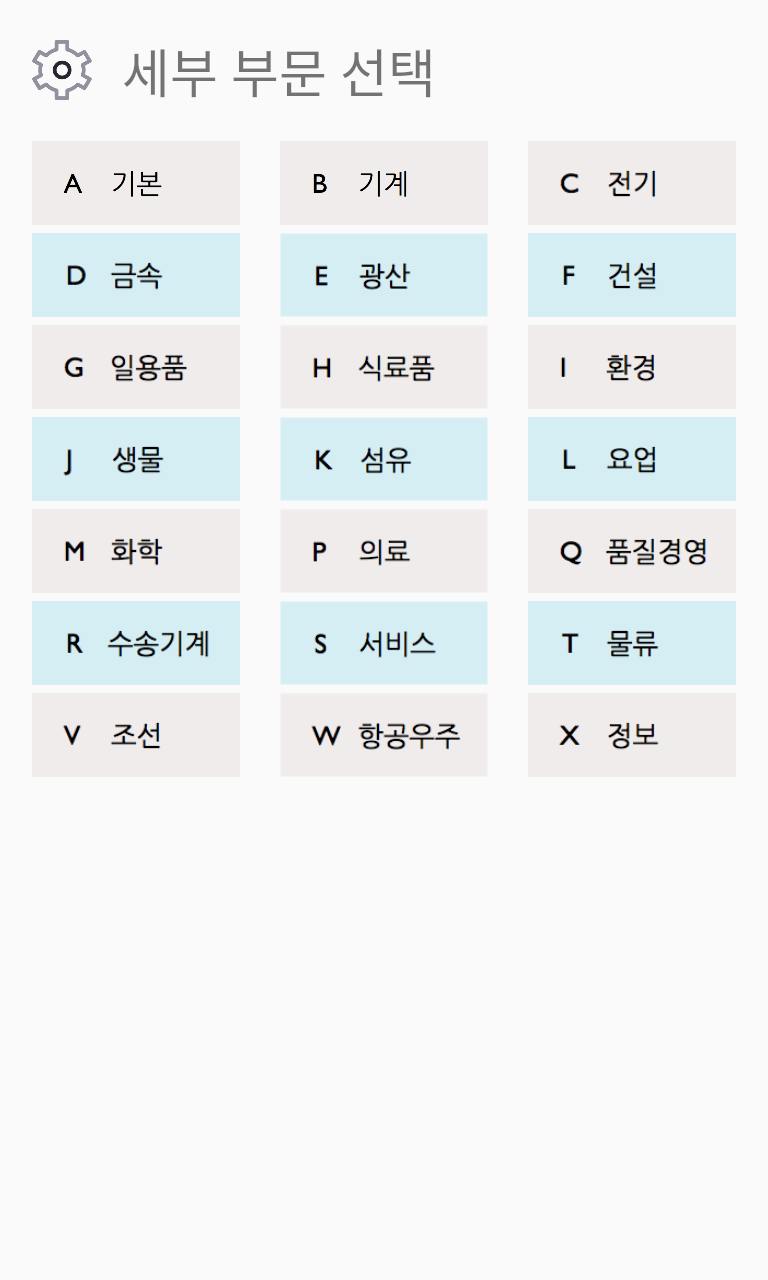
Repository: team-peony/ccfinder
Layout: android/CertifiedCompanyFinder/res/layout/fragment_category_ks.xml
These files come from the project's save history. The layout is drawn as it stood at one moment and after the next save; the edit follows.
It is drawn on a 768 x 1280 px phone screen (xhdpi) without system bars, with theme AppTheme; the app's code is not run.

Above is the layout before, as saved 2015-02-20 05:43:47.

### android/CertifiedCompanyFinder/res/layout/fragment_category_ks.xml
<RelativeLayout xmlns:android="http://schemas.android.com/apk/res/android"
    xmlns:tools="http://schemas.android.com/tools"
    android:layout_width="match_parent"
    android:layout_height="match_parent"
    android:paddingBottom="@dimen/activity_vertical_margin"
    android:paddingLeft="@dimen/activity_horizontal_margin"
    android:paddingRight="@dimen/activity_horizontal_margin"
    android:paddingTop="@dimen/activity_vertical_margin"
    tools:context="com.peony.ccfinder.CategoryKsActivity$PlaceholderFragment" >

    <LinearLayout
        android:id="@+id/cks_llDescription"
        android:layout_width="wrap_content"
        android:layout_height="wrap_content"
        android:orientation="horizontal"
        android:gravity="center_vertical">
        <ImageView
            android:layout_width="30dp"
            android:layout_height="30dp"
            android:src="@drawable/ks_icon"/>
	    <TextView
	        android:layout_width="wrap_content"
	        android:layout_height="wrap_content"
	        android:layout_marginLeft="15dp"
	        android:textSize="26sp"
	        android:text="세부 부문 선택" />
    </LinearLayout>

    <LinearLayout
        android:layout_width="match_parent"
        android:layout_height="match_parent"
        android:layout_marginTop="15dp"
        android:layout_below="@id/cks_llDescription"
        android:orientation="vertical">

        <!-- A, B, C -->
        <LinearLayout
            android:layout_width="match_parent"
            android:layout_height="wrap_content"
            android:orientation="horizontal"
            android:gravity="center_horizontal">

			<ImageView
			    android:id="@+id/cks_ivA"
			    android:layout_width="0dp"
			    android:layout_height="@dimen/ks_category_height"
			    android:layout_weight="1"
			    android:src="@drawable/a_icon"/>

			<ImageView
			    android:id="@+id/cks_ivB"
			    android:layout_width="0dp"
			    android:layout_height="@dimen/ks_category_height"
			    android:layout_weight="1"
			    android:layout_marginLeft="20dp"
			    android:layout_marginRight="20dp"
			    android:src="@drawable/b_icon"/>

			<ImageView
			    android:id="@+id/cks_ivB"
			    android:layout_width="0dp"
			    android:layout_height="@dimen/ks_category_height"
			    android:layout_weight="1"
			    android:src="@drawable/c_icon"/>
        </LinearLayout>

        <!-- D, E, F -->
        <LinearLayout
            android:layout_width="match_parent"
            android:layout_height="wrap_content"
            android:layout_marginTop="@dimen/cks_linegap"
            android:orientation="horizontal"
            android:gravity="center_horizontal">

			<ImageView
			    android:id="@+id/cks_ivD"
			    android:layout_width="0dp"
			    android:layout_height="@dimen/ks_category_height"
			    android:layout_weight="1"
			    android:src="@drawable/d_icon"/>

			<ImageView
			    android:id="@+id/cks_ivE"
			    android:layout_width="0dp"
			    android:layout_height="@dimen/ks_category_height"
			    android:layout_weight="1"
			    android:layout_marginLeft="20dp"
			    android:layout_marginRight="20dp"
			    android:src="@drawable/e_icon"/>

			<ImageView
			    android:id="@+id/cks_ivF"
			    android:layout_width="0dp"
			    android:layout_height="@dimen/ks_category_height"
			    android:layout_weight="1"
			    android:src="@drawable/f_icon"/>
        </LinearLayout>

        <!-- G, H, I -->
        <LinearLayout
            android:layout_width="match_parent"
            android:layout_height="wrap_content"
            android:layout_marginTop="@dimen/cks_linegap"
            android:orientation="horizontal"
            android:gravity="center_horizontal">

			<ImageView
			    android:id="@+id/cks_ivG"
			    android:layout_width="0dp"
			    android:layout_height="@dimen/ks_category_height"
			    android:layout_weight="1"
			    android:src="@drawable/g_icon"/>

			<ImageView
			    android:id="@+id/cks_ivH"
			    android:layout_width="0dp"
			    android:layout_height="@dimen/ks_category_height"
			    android:layout_weight="1"
			    android:layout_marginLeft="20dp"
			    android:layout_marginRight="20dp"
			    android:src="@drawable/h_icon"/>

			<ImageView
			    android:id="@+id/cks_ivI"
			    android:layout_width="0dp"
			    android:layout_height="@dimen/ks_category_height"
			    android:layout_weight="1"
			    android:src="@drawable/i_icon"/>
        </LinearLayout>

        <!-- J, K, L -->
        <LinearLayout
            android:layout_width="match_parent"
            android:layout_height="wrap_content"
            android:orientation="horizontal"
            android:layout_marginTop="@dimen/cks_linegap"
            android:gravity="center_horizontal">

			<ImageView
			    android:id="@+id/cks_ivJ"
			    android:layout_width="0dp"
			    android:layout_height="@dimen/ks_category_height"
			    android:layout_weight="1"
			    android:src="@drawable/j_icon"/>

			<ImageView
			    android:id="@+id/cks_ivK"
			    android:layout_width="0dp"
			    android:layout_height="@dimen/ks_category_height"
			    android:layout_weight="1"
			    android:layout_marginLeft="20dp"
			    android:layout_marginRight="20dp"
			    android:src="@drawable/k_icon"/>

			<ImageView
			    android:id="@+id/cks_ivL"
			    android:layout_width="0dp"
			    android:layout_height="@dimen/ks_category_height"
			    android:layout_weight="1"
			    android:src="@drawable/l_icon"/>
        </LinearLayout>

        <!-- M, P, Q -->
        <LinearLayout
            android:layout_width="match_parent"
            android:layout_height="wrap_content"
            android:layout_marginTop="@dimen/cks_linegap"
            android:orientation="horizontal"
            android:gravity="center_horizontal">

			<ImageView
			    android:id="@+id/cks_ivM"
			    android:layout_width="0dp"
			    android:layout_height="@dimen/ks_category_height"
			    android:layout_weight="1"
			    android:src="@drawable/m_icon"/>

			<ImageView
			    android:id="@+id/cks_ivP"
			    android:layout_width="0dp"
			    android:layout_height="@dimen/ks_category_height"
			    android:layout_weight="1"
			    android:layout_marginLeft="20dp"
			    android:layout_marginRight="20dp"
			    android:src="@drawable/p_icon"/>

			<ImageView
			    android:id="@+id/cks_ivQ"
			    android:layout_width="0dp"
			    android:layout_height="@dimen/ks_category_height"
			    android:layout_weight="1"
			    android:src="@drawable/q_icon"/>
        </LinearLayout>

        <!-- R, S, T -->
        <LinearLayout
            android:layout_width="match_parent"
            android:layout_height="wrap_content"
            android:layout_marginTop="@dimen/cks_linegap"
            android:orientation="horizontal"
            android:gravity="center_horizontal">

			<ImageView
			    android:id="@+id/cks_ivR"
			    android:layout_width="0dp"
			    android:layout_height="@dimen/ks_category_height"
			    android:layout_weight="1"
			    android:src="@drawable/r_icon"/>

			<ImageView
			    android:id="@+id/cks_ivS"
			    android:layout_width="0dp"
			    android:layout_height="@dimen/ks_category_height"
			    android:layout_weight="1"
			    android:layout_marginLeft="20dp"
			    android:layout_marginRight="20dp"
			    android:src="@drawable/s_icon"/>

			<ImageView
			    android:id="@+id/cks_ivT"
			    android:layout_width="0dp"
			    android:layout_height="@dimen/ks_category_height"
			    android:layout_weight="1"
			    android:src="@drawable/t_icon"/>
        </LinearLayout>

        <!-- V, W, X -->
        <LinearLayout
            android:layout_width="match_parent"
            android:layout_height="wrap_content"
            android:layout_marginTop="@dimen/cks_linegap"
            android:orientation="horizontal"
            android:gravity="center_horizontal">

			<ImageView
			    android:id="@+id/cks_ivV"
			    android:layout_width="0dp"
			    android:layout_height="@dimen/ks_category_height"
			    android:layout_weight="1"
			    android:src="@drawable/v_icon"/>

			<ImageView
			    android:id="@+id/cks_ivW"
			    android:layout_width="0dp"
			    android:layout_height="@dimen/ks_category_height"
			    android:layout_weight="1"
			    android:layout_marginLeft="20dp"
			    android:layout_marginRight="20dp"
			    android:src="@drawable/w_icon"/>

			<ImageView
			    android:id="@+id/cks_ivX"
			    android:layout_width="0dp"
			    android:layout_height="@dimen/ks_category_height"
			    android:layout_weight="1"
			    android:src="@drawable/x_icon"/>
        </LinearLayout>
    </LinearLayout>
</RelativeLayout>

### android/CertifiedCompanyFinder/res/values/styles.xml
<resources>

    <!--
        Base application theme, dependent on API level. This theme is replaced
        by AppBaseTheme from res/values-vXX/styles.xml on newer devices.
    -->
    <style name="AppBaseTheme" parent="Theme.AppCompat.Light">
        <!--
            Theme customizations available in newer API levels can go in
            res/values-vXX/styles.xml, while customizations related to
            backward-compatibility can go here.
        -->
    </style>

    <!-- Application theme. -->
    <style name="AppTheme" parent="AppBaseTheme">
        <!-- All customizations that are NOT specific to a particular API-level can go here. -->
    </style>

</resources>

### android/CertifiedCompanyFinder/res/values/dimens.xml
<resources>

    <!-- Default screen margins, per the Android Design guidelines. -->
    <dimen name="activity_horizontal_margin">16dp</dimen>
    <dimen name="activity_vertical_margin">16dp</dimen>
	<dimen name="category_icon_size">24dp</dimen>
	<dimen name="category_padding">58dp</dimen>
	<dimen name="ks_category_width">130dp</dimen>
	<dimen name="ks_category_height">45dp</dimen>
	<dimen name="cks_linegap">1dp</dimen>
</resources>

Loaded but not shown: android/CertifiedCompanyFinder/res/values-v11/styles.xml (common file); android/CertifiedCompanyFinder/res/values-v14/styles.xml (common file); android/CertifiedCompanyFinder/res/values-w820dp/dimens.xml (common file)

After the next save:
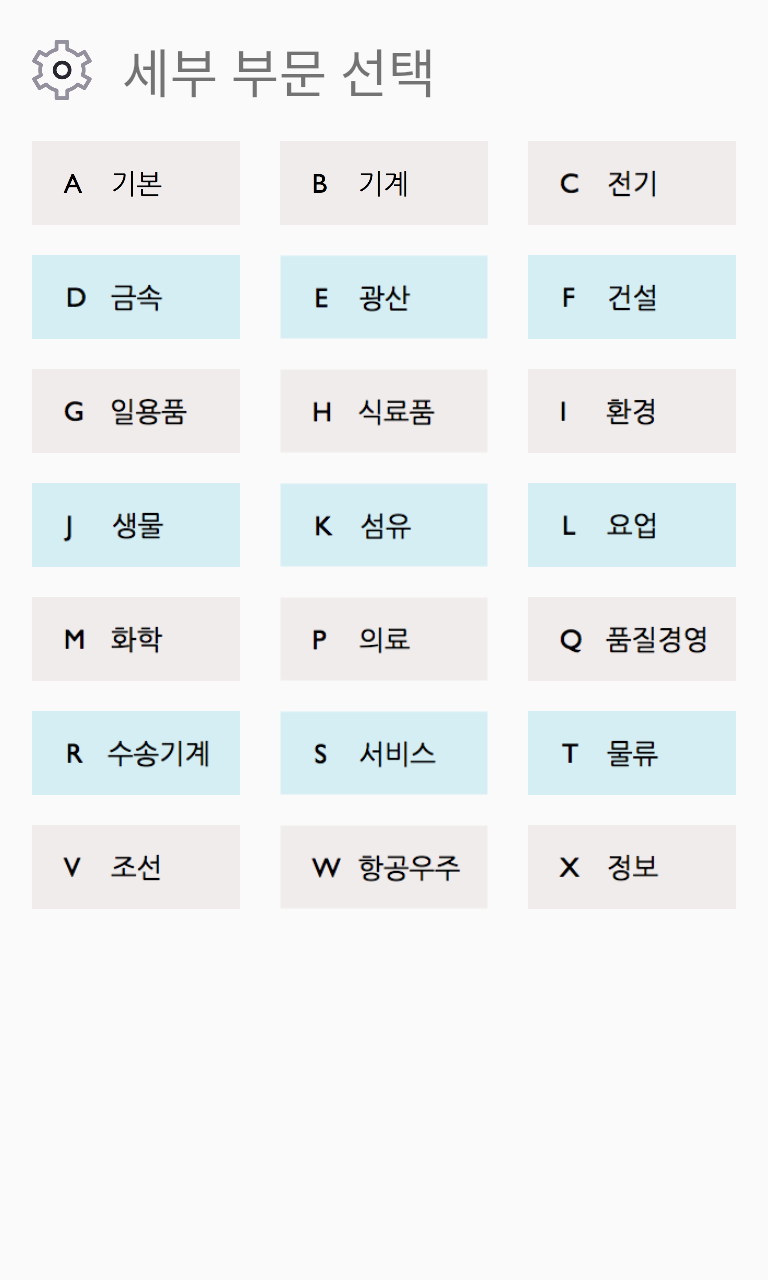
Saved 6 s later.
--- a/android/CertifiedCompanyFinder/res/values/dimens.xml
+++ b/android/CertifiedCompanyFinder/res/values/dimens.xml
@@ -7,5 +7,5 @@
 	<dimen name="category_padding">58dp</dimen>
 	<dimen name="ks_category_width">130dp</dimen>
 	<dimen name="ks_category_height">45dp</dimen>
-	<dimen name="cks_linegap">1dp</dimen>
+	<dimen name="cks_linegap">12dp</dimen>
 </resources>
